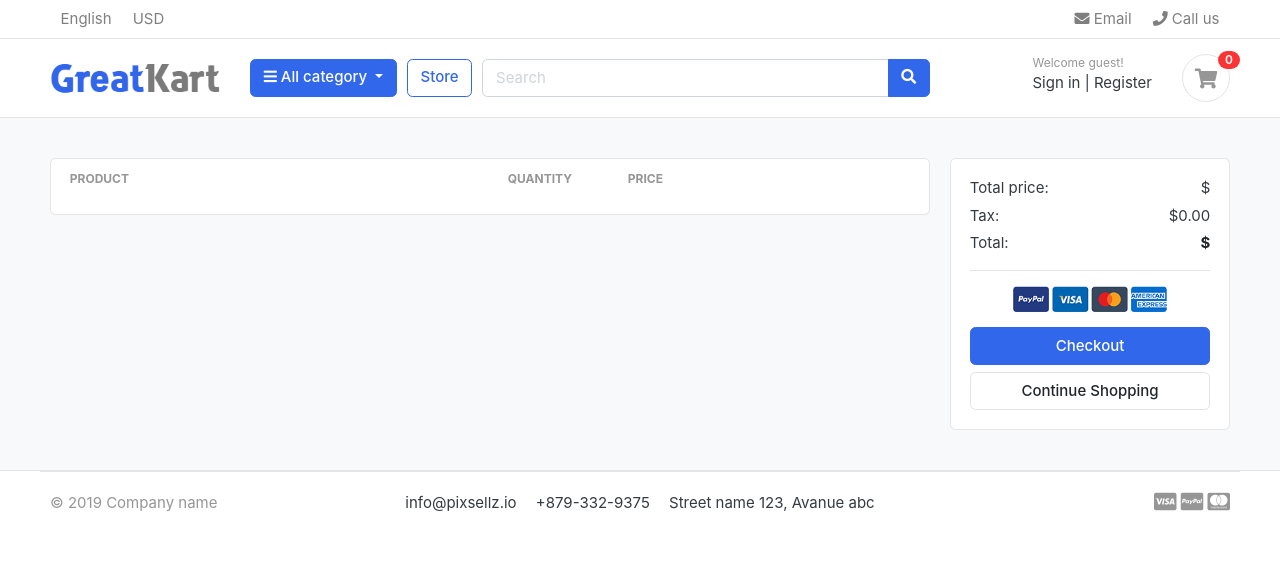
Repository: tranbao2201/ecommerce_django
Page: templates/store/cart.html
An editor plug-in stored every save of this project. The page is shown before and after a run of saves, followed by the edit.
The browser window is 1280 px wide. The pictures show the whole page.
Some web fonts or font styles are not loaded; a fallback is used. The template is drawn by Django 3.2. The application's start-up code is not run. The template is opened directly, without the code that normally fills it, so the values that code supplies are empty.

Above is the page before, as saved 2022-09-03 22:10:20.

After the next 2 saves:
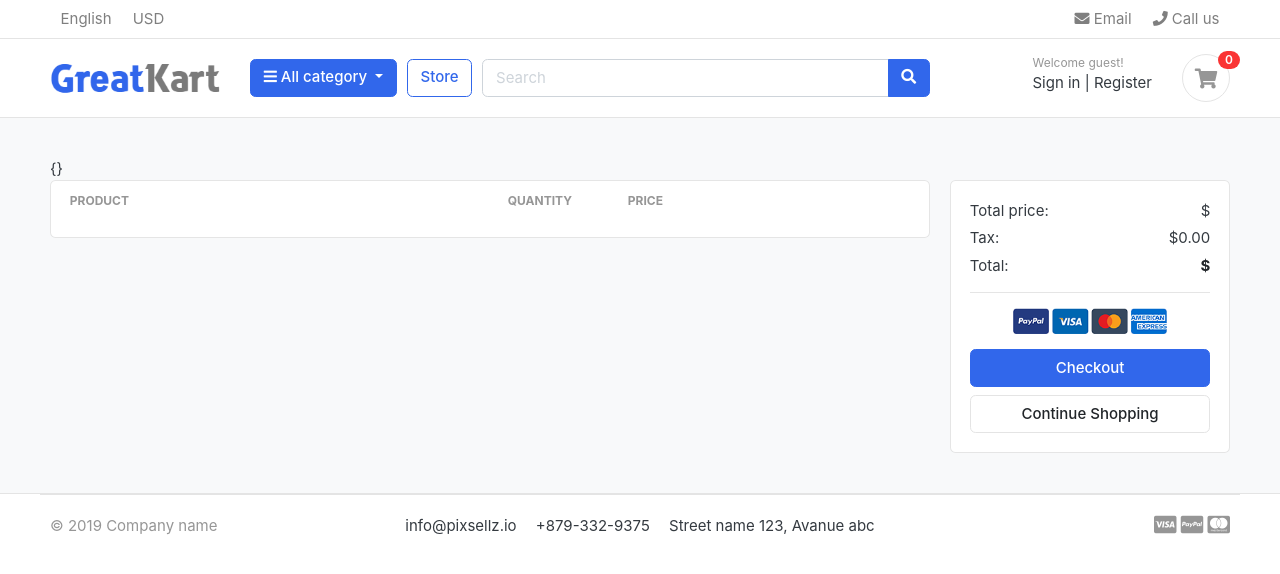
The 2 saves are shown as one change because they came seconds apart.
The last was saved 7 min 27 s later.
--- a/templates/store/cart.html
+++ b/templates/store/cart.html
@@ -2,7 +2,7 @@
 <section class="section-content padding-y bg">
 	<div class="container">
 		<!-- ============================ COMPONENT 1 ================================= -->
-
+		{}
 		<div class="row">
 			<aside class="col-lg-9">
 				<div class="card">
